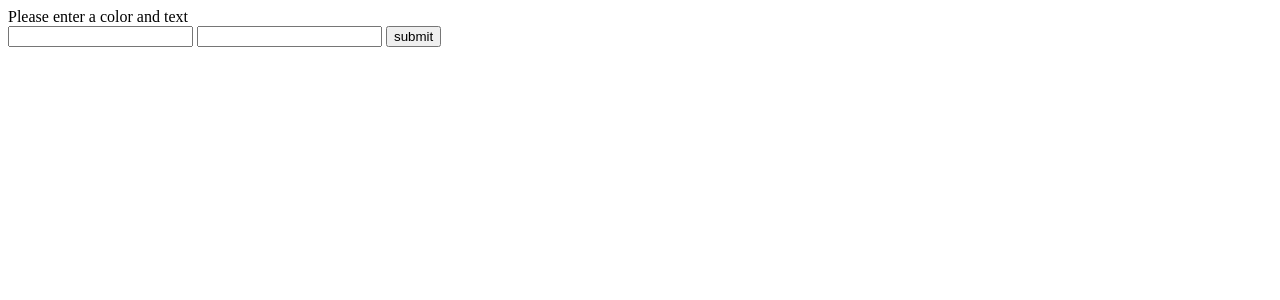
Repository: apoorvelec/WebApps
Page: http://localhost/ServletExample/Home.jsp
The author's editor kept a copy of each file at every save. The page is drawn from the files as they stood at one save, then again after the next save.
The browser window is 1280 px wide. The pictures show the whole page.
The page is served by Tomcat 9.

Above is the page before, as saved 2016-05-12 23:46:04.

After the next save:
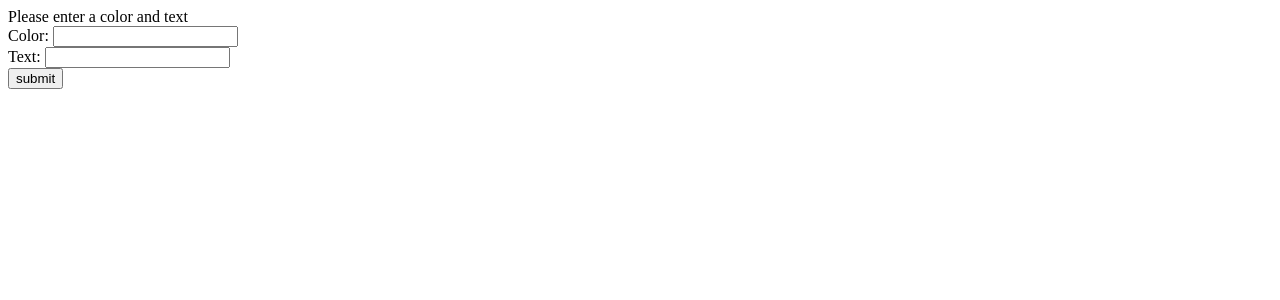
Saved 5 min 53 s later.
--- a/ServletExample/WebContent/Home.jsp
+++ b/ServletExample/WebContent/Home.jsp
@@ -9,8 +9,8 @@
 <body>
 	<form action = "HelloServlet">
 	Please enter a color and text<br>
-	<input type="text" name="color" size="20px">
-	<input type="text" name="text" size="20px">
+	Color: <input type="text" name="color" size="20px"><br>
+	Text: <input type="text" name="text" size="20px"><br>
 	<input type="submit" value="submit">
 	</form>
 
